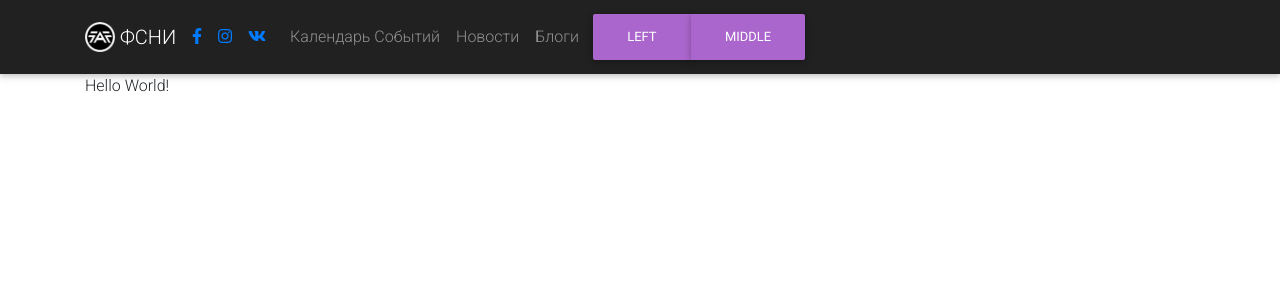
Repository: alexey1986/fsni_test
Page: /
The author's editor kept a copy of each file at every save. The page is drawn from the files as they stood at one save, then again after the next save.
The browser window is 1280 px wide. The pictures show the whole page.
The project was rebuilt for these pictures with package versions that can differ from the ones it lists, and the page was loaded fresh each time.

Above is the page before, as saved 2020-08-27 21:23:57.

### src/index.js
import React from 'react';
import ReactDOM from 'react-dom';
import 'bootstrap/dist/css/bootstrap.min.css';
import '@fortawesome/fontawesome-free/css/all.min.css';
//import 'bootstrap-css-only/css/bootstrap.min.css';
import 'mdbreact/dist/css/mdb.css';


import App from './App';
import * as serviceWorker from './serviceWorker';

ReactDOM.render(
  <React.StrictMode>
    <App />
  </React.StrictMode>,
  document.getElementById('root')
);

// If you want your app to work offline and load faster, you can change
// unregister() to register() below. Note this comes with some pitfalls.
// Learn more about service workers: https://bit.ly/CRA-PWA
serviceWorker.unregister();

### src/App.js
import React from 'react';
import NavBarComponent from './components/nav/NavBar';

function App() {
  return (
    <NavBarComponent></NavBarComponent>
  );
}

export default App;

### src/components/nav/NavBar.jsx
import React from 'react';
import { BrowserRouter as Router, Link, NavLink, Route } from "react-router-dom";
import { Container, Navbar, Nav, ButtonGroup, Button } from 'react-bootstrap';
import SocialButtons from './SocialButtons'
import Home from '../home/home';
import logo from './logo.png';

const NavBarComponent = () => {
    return (
        <Router>
            <Navbar bg="dark" expand="lg" variant="dark" sticky="top" >
                <Container>
                    <Navbar.Brand as={Link} to='/'>
                        <img
                            alt=""
                            src={logo}
                            width="30"
                            height="30"
                            className="d-inline-block align-top"
                        />{' '}
                        ФСНИ
                    </Navbar.Brand>
                    <Navbar.Toggle aria-controls="basic-navbar-nav" />
                    <Navbar.Collapse id="basic-navbar-nav">
                        <Nav>
                            <SocialButtons />
                        </Nav>
                        <Nav>
                            <Nav.Link as={NavLink} to='/calendar'>Календарь Событий</Nav.Link>
                            <Nav.Link as={NavLink} to='/news'>Новости</Nav.Link>
                            <Nav.Link as={NavLink} to='/blogs'>Блоги</Nav.Link>
                        </Nav>
                        <ButtonGroup aria-label="Basic example">
                            <Button variant="secondary">Left</Button>
                            <Button variant="secondary">Middle</Button>
                        </ButtonGroup>
                    </Navbar.Collapse>
                </Container>
            </Navbar>
            <Route path="/" exact component={Home} />
            {/* <Route path="/news" exact component={News} />
            <Route path="/articles" exact component={Articles} /> */}
        </Router>
    )
}

export default NavBarComponent;

### src/components/nav/SocialButtons.jsx
import React, { Fragment } from 'react';
import { MDBIcon, MDBContainer } from 'mdbreact';

const SocialButtons = () => {
  return (
    <Fragment>
      <a href="#!" className="fb-ic mr-3">
        <MDBIcon fab icon="facebook-f" />
      </a>
      <a href="#!" className="ins-ic mr-3">
        <MDBIcon fab icon="instagram" />
      </a>
      <a href="#!" className="vk-ic mr-3">
        <MDBIcon fab icon="vk" />
      </a>
    </Fragment>
  );
}

export default SocialButtons;

### src/components/home/home.jsx
import React from 'react';
import { Container, Row, Col } from 'react-bootstrap';

const Home = () => <Container>Hello World!</Container>

export default Home;

Loaded but not shown: public/index.html (common file); src/serviceWorker.js (common file)

After the next save:
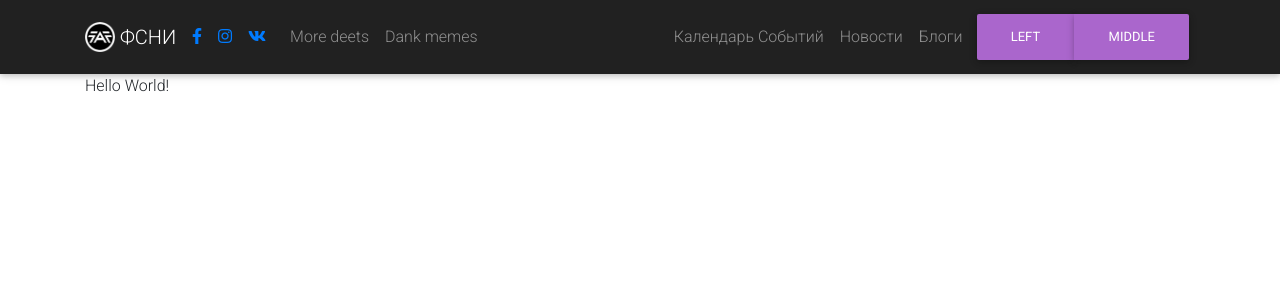
Saved 30 s later.
--- a/src/components/nav/NavBar.jsx
+++ b/src/components/nav/NavBar.jsx
@@ -20,10 +20,14 @@
                         />{' '}
                         ФСНИ
                     </Navbar.Brand>
+                    <SocialButtons />
                     <Navbar.Toggle aria-controls="basic-navbar-nav" />
                     <Navbar.Collapse id="basic-navbar-nav">
-                        <Nav>
-                            <SocialButtons />
+                        <Nav className="mr-auto" >
+                            <Nav.Link href="#deets">More deets</Nav.Link>
+                            <Nav.Link href="#memes">
+                                Dank memes
+                            </Nav.Link>
                         </Nav>
                         <Nav>
                             <Nav.Link as={NavLink} to='/calendar'>Календарь Событий</Nav.Link>
